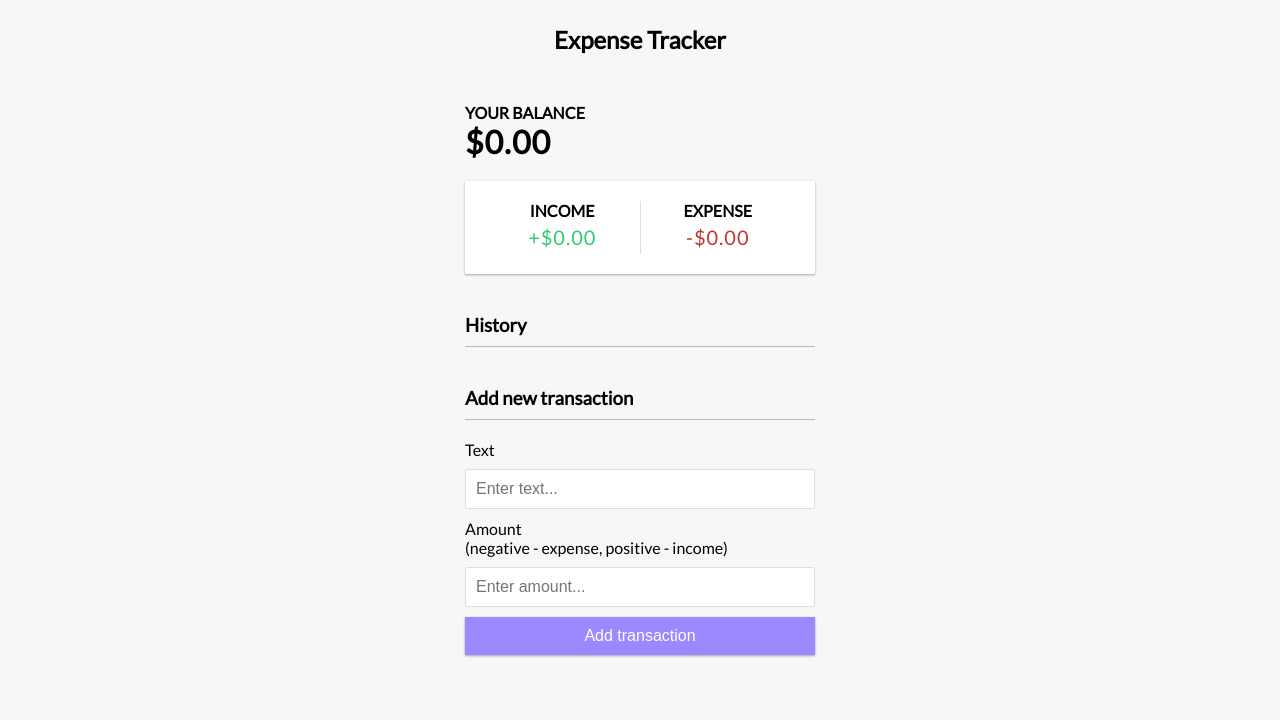
Repository: atko87/Expense-Tracker
Page: index.html
An editor plug-in stored every save of this project. The page is shown before and after the next save, followed by the edit.
The browser window is 1280 px wide. The pictures show the whole page.

Above is the page before, as saved 2020-04-22 17:25:47.
Console error: TypeError: Assignment to constant variable.

After the next save:
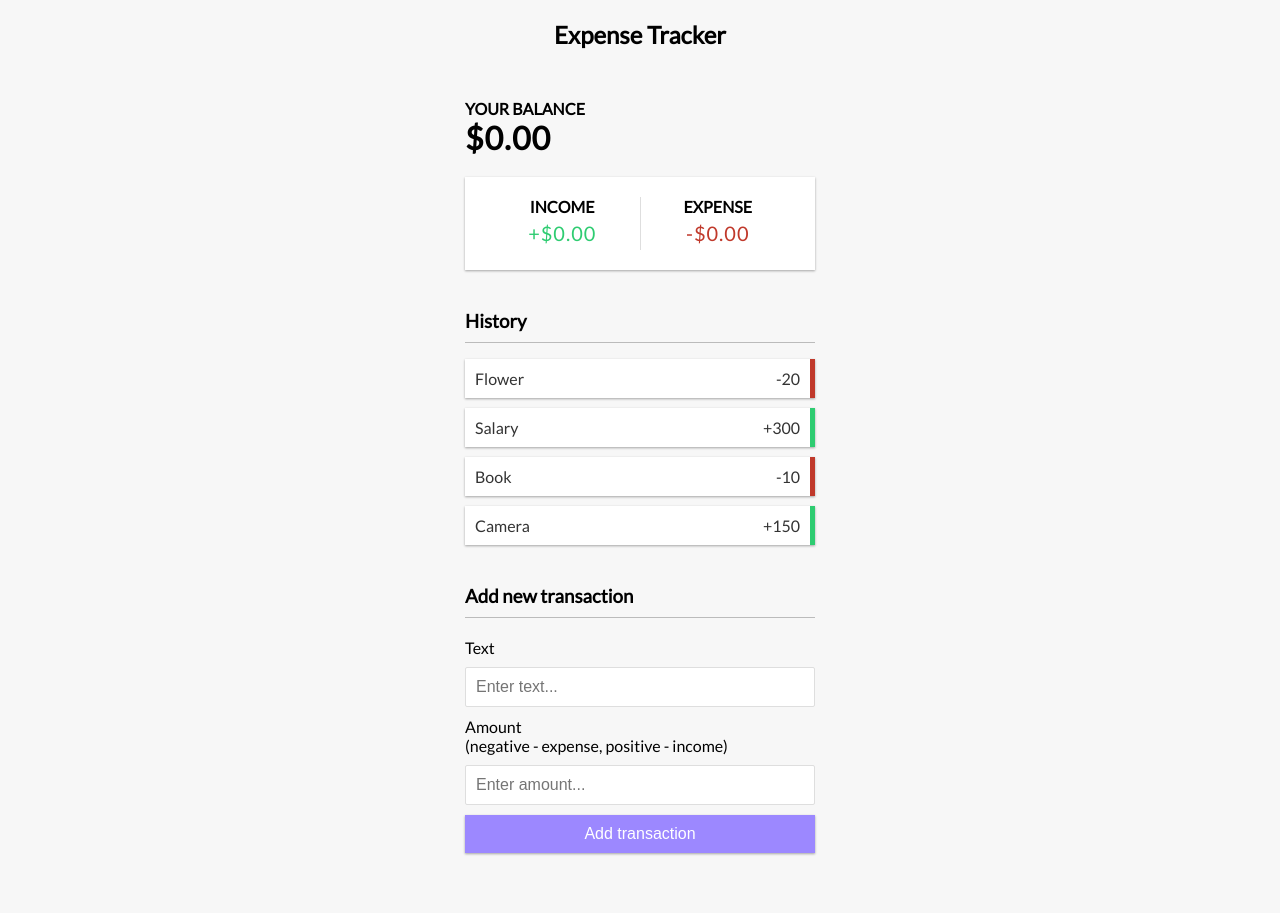
The error is gone.
Saved 43 s later.
--- a/app.js
+++ b/app.js
@@ -35,7 +35,7 @@ function addTransactionDOM(transactions) {
 
 //Init app
 function init() {
-  list = innerHTML = "";
+  list.innerHTML = "";
 
   transactions.forEach(addTransactionDOM);
 }
